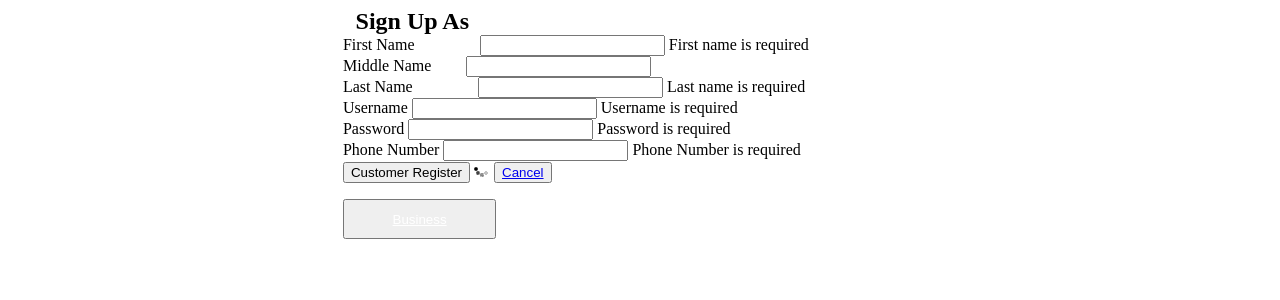
Repository: jsah9105/goandbook
Page: http://localhost/letgetbook/view/signupPage.jsp
An editor plug-in stored every save of this project. The page is shown before and after the next save, followed by the edit.
The browser window is 1280 px wide. The pictures show the whole page.
The page is served by Tomcat 9. Other server files are loaded and not shown.

Above is the page before, as saved 2017-01-08 03:46:12.

### letgetbook/src/main/webapp/view/signupPage.jsp
<section id="section1">

	<div class="container">
		<div style="width: 50%; margin: auto;">
			<h2 style="color: black; margin: auto; margin-left: 5%;">Sign Up As</h2>

			<div class="form-actions" style="margin: auto; margin-left: 3%">
			<form name="form" ng-submit="vm.register()" role="form">

        <div class="form-group" ng-class="{ 'has-error': form.custFirstName.$dirty && form.custFirstName.$error.required }">
            <label for="custFirstName"> First Name</label>
            <input type="text" style="margin-left: 10%;" name="custFirstName" id="custFirstName" class="form-control" ng-model="vm.user.custFirstName" required />
            <span ng-show="form.custFirstName.$dirty && form.custFirstName.$error.required" class="help-block">First name is required</span>
        </div>
        <div class="form-group" >
            <label for="custMiddleName">Middle Name</label>
            <input type="text" style="margin-left: 5%;" name="custMiddleName" id="custMiddleName" class="form-control" ng-model="vm.user.custMiddleName"  />
        </div>
        <div class="form-group" ng-class="{ 'has-error': form.custLastName.$dirty && form.custLastName.$error.required }">
            <label for="custLastName"> Last Name</label>
            <input type="text"  style="margin-left: 10%;" name="custFirstName" id="custLastName" class="form-control" ng-model="vm.user.custLastName" required />
            <span ng-show="form.custLastName.$dirty && form.custLastName.$error.required" class="help-block">Last name is required</span>
        </div>
        <div class="form-group" ng-class="{ 'has-error': form.username.$dirty && form.userName.$error.required }">
            <label for="userName">Username</label>
            <input type="text" name="username" id="userName" class="form-control" ng-model="vm.user.userName" required />
            <span ng-show="form.username.$dirty && form.userName.$error.required" class="help-block">Username is required</span>
        </div>
        <div class="form-group" ng-class="{ 'has-error': form.password.$dirty && form.password.$error.required }">
            <label for="password">Password</label>
            <input type="password" name="password" id="password" class="form-control" ng-model="vm.user.password" required />
            <span ng-show="form.password.$dirty && form.password.$error.required" class="help-block">Password is required</span>
        </div>
        <div class="form-group" ng-class="{ 'has-error': form.password.$dirty && form.password.$error.required }">
            <label for="phone">Phone Number</label>
            <input type="text" name="phone1" id="phone1" class="form-control" ng-model="vm.user.phone1" required />
            <span ng-show="form.phone1.$dirty && form.phone1.$error.required" class="help-block">Phone Number is required</span>
        </div>

        <div class="form-actions">
            <button type="submit" ng-disabled="form.$invalid || vm.dataLoading" class="btn btn-primary">Customer Register</button>
            <img ng-if="vm.dataLoading" src="data:[embedded picture, 922 characters]" />
            <button class="btn btn-primary"><a href="#/" class="btn btn-link">Cancel</a></button>

        </div>
        </table>
    </form>


			</div>
			<div class="form-actions" style="margin: auto; margin-left: 3%">
				<button class="btn btn-primary" style="width: 25%; height: 40px;">
					<a href="#sellerpersonalInfo" style="color: white;">Business</a>
				</button>
			</div>



		</div>
	</div>
</section>

After the next save:
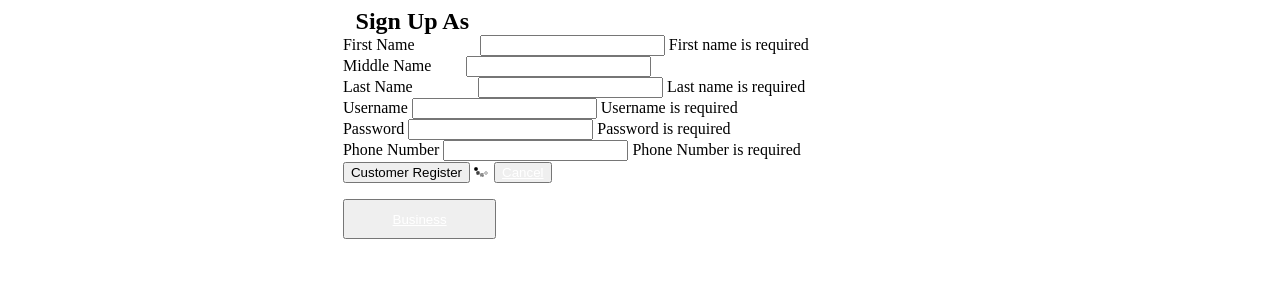
Saved 2 min 43 s later.
--- a/letgetbook/src/main/webapp/view/signupPage.jsp
+++ b/letgetbook/src/main/webapp/view/signupPage.jsp
@@ -40,7 +40,7 @@
         <div class="form-actions">
             <button type="submit" ng-disabled="form.$invalid || vm.dataLoading" class="btn btn-primary">Customer Register</button>
             <img ng-if="vm.dataLoading" src="data:[embedded picture, 922 characters]" />
-            <button class="btn btn-primary"><a href="#/" class="btn btn-link">Cancel</a></button>
+            <button class="btn btn-primary"><a href="#/" class="btn btn-link" style="color: white;">Cancel</a></button>
 
         </div>
         </table>
